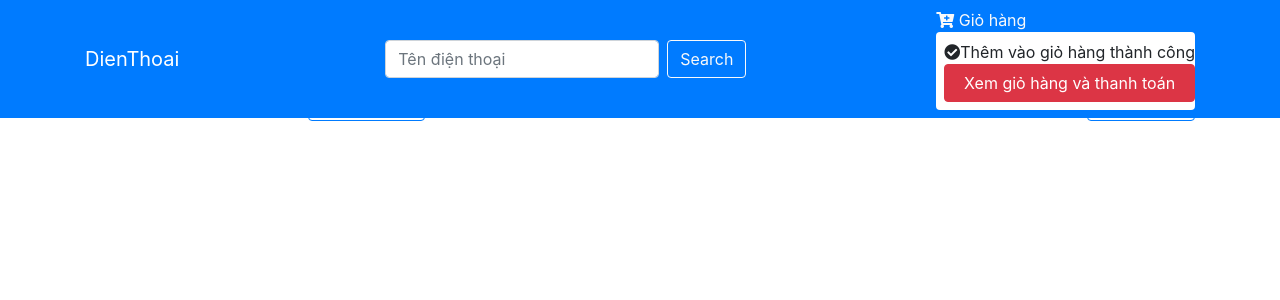
Repository: dovanthao2404/BC14_Bai_Tap_Ban_Dien_Thoai_dovanthao
Page: app/views/index.html
The author's editor kept a copy of each file at every save. The page is drawn from the files as they stood at one save, then again after the next save.
The browser window is 1280 px wide. The pictures show the whole page.
Some web libraries are served in a nearby version. The style sheet was rebuilt from its Sass, Less or Tailwind sources for each picture, by a compiler version that may differ from the author's.

Above is the page before, as saved 2021-08-14 16:05:21.
Console error (its wording comes from the project's code and is left out).

### app/views/index.html
<!DOCTYPE html>
<html lang="en">

<head>
  <meta charset="UTF-8">
  <meta http-equiv="X-UA-Compatible" content="IE=edge">
  <meta name="viewport" content="width=device-width, initial-scale=1.0">
  <title>Dien Thoai Xin</title>




  <!-- FONT AWESOME -->
  <link rel="stylesheet" href="https://cdnjs.cloudflare.com/ajax/libs/font-awesome/5.15.4/css/all.min.css"
    integrity="sha512-1ycn6IcaQQ40/MKBW2W4Rhis/DbILU74C1vSrLJxCq57o941Ym01SwNsOMqvEBFlcgUa6xLiPY/NS5R+E6ztJQ=="
    crossorigin="anonymous" referrerpolicy="no-referrer" />

  <!-- GOOGLE FONTS -->

  <link rel="preconnect" href="https://fonts.googleapis.com">
  <link rel="preconnect" href="https://fonts.gstatic.com" crossorigin>
  <link
    href="https://fonts.googleapis.com/css2?family=Roboto:ital,wght@0,300;0,400;0,700;1,300;1,400;1,700&display=swap"
    rel="stylesheet">

  <!-- B4 -->
  <link rel="stylesheet" href="https://cdn.jsdelivr.net/npm/bootstrap@4.6.0/dist/css/bootstrap.min.css"
    integrity="sha384-B0vP5xmATw1+K9KRQjQERJvTumQW0nPEzvF6L/Z6nronJ3oUOFUFpCjEUQouq2+l" crossorigin="anonymous">

  <!-- MAIN CSS -->
  <link rel="stylesheet" href="../../assets/css/main.css">
</head>

<body>
  <header class="fixed-top">
    <nav class="navbar navbar-dark bg-primary">
      <div class="container">

        <a href="#" class="navbar-brand">
          DienThoai
        </a>
        <form class="form-inline my-2 my-lg-0">
          <input id="valueSearch" class="form-control mr-sm-2" type="search" placeholder="Tên điện thoại"
            aria-label="Search">
          <button id="btnSearch" class="btn btn-outline-light my-2 my-sm-0" type="button">Search</button>
        </form>
        <div class="phone-cart">
          <a href="cart.html" class="text-light">
            <i class="fa fa-cart-plus"></i> Giỏ hàng
          </a>
          <div class="notifiSuccess py-2 pl-2 p3-4 bg-white rounded">
            <div class="d-flex align-items-center">
              <i class="fa fa-check-circle"></i>
              <p class="m-0">Thêm vào giỏ hàng thành công</p>
            </div>
            <button class="btn btn-danger w-100" data-target="cart.html">Xem giỏ hàng và thanh toán</button>
          </div>
        </div>
      </div>
    </nav>

  </header>

  <section class="phone-product">
    <div class="container">
      <div id="listAll-type">
        <div class="phone-title">
          <div class="d-flex justify-content-between align-items-center my-3">
            <div class="d-flex align-items-center">
              <h3 class="mr-3">
                Danh sản phẩm
              </h3>
              <div>
                <select class="phone-select" name="" id="phoneType">
                  <option value="">Lọc</option>
                  <option value="Samsung">Samsung</option>
                  <option value="Iphone">Iphone</option>
                </select>

              </div>
            </div>
            <div class="sort-name">
              <select class="phone-select" name="" id="sortPhone">
                <option value="">Sắp xếp</option>
                <option value="a">A - Z</option>
                <option value="z">Z - A</option>
              </select>
            </div>
          </div>
        </div>
        <div class="phone-list">
          <div class="row" id="listPhoneView">

          </div>
        </div>
      </div>
    </div>
    </div>
  </section>


  <!-- B4 -->
  <script src="https://code.jquery.com/jquery-3.5.1.slim.min.js"
    integrity="sha384-DfXdz2htPH0lsSSs5nCTpuj/zy4C+OGpamoFVy38MVBnE+IbbVYUew+OrCXaRkfj"
    crossorigin="anonymous"></script>
  <script src="https://cdn.jsdelivr.net/npm/bootstrap@4.6.0/dist/js/bootstrap.bundle.min.js"
    integrity="sha384-Piv4xVNRyMGpqkS2by6br4gNJ7DXjqk09RmUpJ8jgGtD7zP9yug3goQfGII0yAns"
    crossorigin="anonymous"></script>


  <!-- AXIOS -->
  <script src="https://cdnjs.cloudflare.com/ajax/libs/axios/0.21.1/axios.min.js"
    integrity="sha512-bZS47S7sPOxkjU/4Bt0zrhEtWx0y0CRkhEp8IckzK+ltifIIE9EMIMTuT/mEzoIMewUINruDBIR/jJnbguonqQ=="
    crossorigin="anonymous" referrerpolicy="no-referrer"></script>

  <script type="module" src="./../controllers/main.js"></script>
</body>

</html>

### app/controllers/main.js
import Phone from "./../models/Phone.js"
import ListPhone from "./../models/ListPhone.js"


var listProductInCart = JSON.parse(localStorage.getItem("listProductInCart")) || [];



let getEle = (id) => {
  return document.getElementById(id)
}

let listPhone = new ListPhone();


let renderView = (arr) => {
  let html = ""
  arr.forEach((phone) => {
    html += `
    <div class="col-3 mb-3">
    <div class="card overflow-hidden h-100">
      <img
        src="${phone.img}"
        alt="" class="card-img-top">
      <div class="card-body">
        <h4 class=card-title>
        ${phone.name}
        </h4>
        <p class="card-text">${phone.desc}</p>
        </div>
        <div class="card-footer">
        <a data-action="add"  data-phone=${phone.id} class="btn btn-primary w-100">Cart</a>
        </div>
    </div>
  </div>
    `
  })
  getEle("listPhoneView").innerHTML = html

}

let fetchData = () => {
  listPhone
    .getListPhoneApi()
    .then((resp) => {
      renderView(resp.data)
    })
    .catch((err) => {
      console.log(err)
    })
}

fetchData()

let filterType = (phoneType, type) => {
  return listPhone
    .getListPhoneApi()
    .then((resp) => {
      let data = resp.data;
      data.forEach((phone) => {
        if (phone.type === type) {
          phoneType.push(phone);
        }
      })
      renderView(phoneType)
      return phoneType;
    })
    .catch((err) => {
      console.log(err)
    })
}

let sortPhone = (arr, valueSort) => {
  for (let i = 0; i < arr.length; i++) {
    for (let j = i; j < arr.length; j++) {
      if (valueSort === 1) {
        if (arr[i].name < arr[j].name) {
          let temp = arr[i];
          arr[i] = arr[j]
          arr[j] = temp;
        }
      } else {
        if (arr[i].name > arr[j].name) {
          let temp = arr[i];
          arr[i] = arr[j]
          arr[j] = temp;
        }
      }
    }
  }
  renderView(arr)
}


let delegationSelect = () => {
  let phoneType = [];
  let type = getEle("phoneType").value;
  let dataSort = getEle("sortPhone").value;

  if (type && dataSort) {

    if (dataSort === "a") {
      filterType(phoneType, type)
        .then((phoneType) => {
          sortPhone(phoneType, 1);
        })
    } else {
      filterType(phoneType, type)
        .then((phoneType) => {
          sortPhone(phoneType, 0);
        })
    }

  } else if (type && !dataSort) {

    filterType(phoneType, type);

  } else if (!type && dataSort) {

    if (dataSort === "a") {
      listPhone.getListPhoneApi()
        .then((resp) => {
          sortPhone(resp.data, 1);
        })
        .catch((err) => {
          console.log(err);
        })
    } else {
      listPhone.getListPhoneApi()
        .then((resp) => {
          sortPhone(resp.data, 0);
        })
        .catch((err) => {
          console.log(err);
        })
    }

  } else {
    fetchData()
  }
}

getEle("phoneType").addEventListener("change", delegationSelect)
getEle("sortPhone").addEventListener("change", delegationSelect)

const handleSearch = () => {
  let nameSort = getEle("valueSearch").value;
  nameSort = nameSort.toLowerCase().trim();
  listPhone.getListPhoneApi()
    .then((resp) => {
      let listPhone = resp.data;
      let listPhoneSearch = listPhone.filter((phone) => {
        return phone.name.toLowerCase().includes(nameSort);
      })
      renderView(listPhoneSearch);
    })
    .catch((err) => {
      console.log(err)
    })

}

getEle("btnSearch").addEventListener("click", handleSearch);




const delegationListPhoneView = (e) => {
  if (e.target.getAttribute("data-action") === "add") {
    let id = e.target.getAttribute("data-phone");

    listPhone.getPhoneById(id)
      .then((resp) => {
        let count = 0;
        for (let i = 0; i < listProductInCart.length; i++) {

          if (listProductInCart[i].id === id) {
            listProductInCart[i].quantity += 1;
            localStorage.setItem("listProductInCart", JSON.stringify(listProductInCart));
            count++;
          }

        }

        if (count === 0) {
          let phone = { ...resp.data }
          phone.quantity = 1;
          listProductInCart.push(phone);
          localStorage.setItem("listProductInCart", JSON.stringify(listProductInCart));

        }
      })
      .catch((err) => {
        console.log(err)
      })


  }
}


getEle("listPhoneView").addEventListener("click", delegationListPhoneView)

### app/models/Phone.js
class Phone {
  constructor({
    name,
    price,
    screen,
    backCamera,
    frontCamera,
    img,
    desc,
    type
  },) {
    this.name = name;
    this.price = price;
    this.screen = screen;
    this.backCamera = backCamera;
    this.frontCamera = frontCamera;
    this.img = img;
    this.desc = desc;
    this.type = type;
  }

}

### app/models/ListPhone.js
export default class ListPhone {
  getListPhoneApi() {
    return axios({
      url: "https://6113ecdacba40600170c1d10.mockapi.io/api/phone",
      method: "GET",
    });
  }

  getPhoneById(id) {
    return axios({
      url: `https://6113ecdacba40600170c1d10.mockapi.io/api/phone/${id}`,
      method: "GET",
    });
  }

}

//  MỚi ăn xong

### assets/scss/main.scss
.phone-product {
  margin-top: 80px;
}
.phone-select {
  padding: 8px 20px 8px 4px;
  border-color: #007bff;
  color: #007bff;
  border-radius: 4px;
  background: transparent;
  outline: none;
  cursor: pointer;
  transition: all 0.5s;
  &:hover {
    background-color: #007bff;
    color: white;
  }
  option {
    display: block;
    background-color: white;
    color: #000;
  }
}

After the next save:
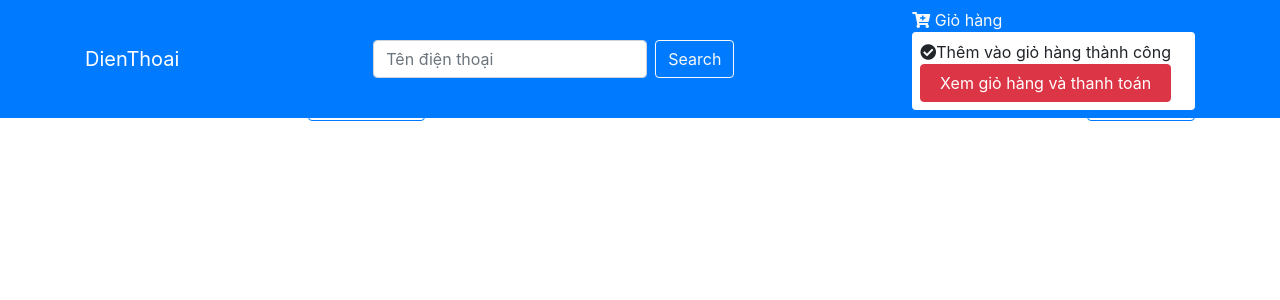
Saved 4 s later.
--- a/app/views/index.html
+++ b/app/views/index.html
@@ -48,7 +48,7 @@
           <a href="cart.html" class="text-light">
             <i class="fa fa-cart-plus"></i> Giỏ hàng
           </a>
-          <div class="notifiSuccess py-2 pl-2 p3-4 bg-white rounded">
+          <div class="notifiSuccess py-2 pl-2 pr-4 bg-white rounded">
             <div class="d-flex align-items-center">
               <i class="fa fa-check-circle"></i>
               <p class="m-0">Thêm vào giỏ hàng thành công</p>
